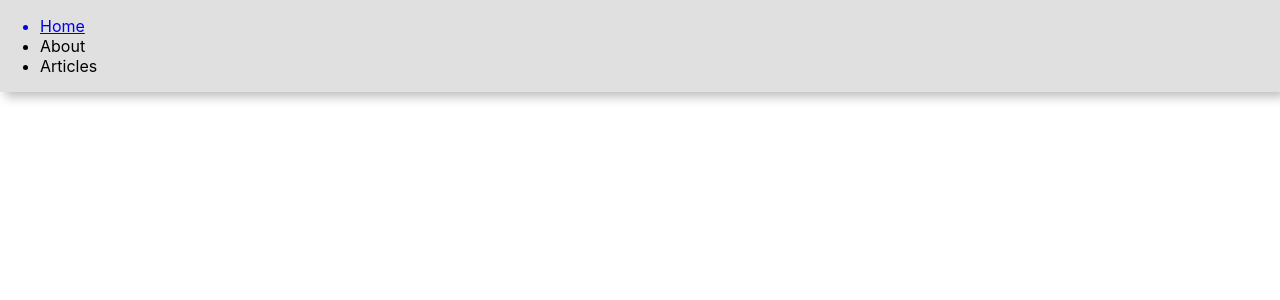
Repository: ShindanoSingi/react-software-architecture-course
Page: /
The author's editor kept a copy of each file at every save. The page is drawn from the files as they stood at one save, then again after the next save.
The browser window is 1280 px wide. The pictures show the whole page.
The project was rebuilt for these pictures with package versions that can differ from the ones it lists, and the page was loaded fresh each time. Also part of the build but not shown: src/pages/About.js, src/pages/Articles.js.

Above is the page before, as saved 2022-12-25 20:14:00.

### src/App.js
import './App.css';
import { Routes, Route, NavLink } from 'react-router-dom';
import Home from './pages/Home';
import About from './pages/About';
import Articles from './pages/Articles';


function App() {

  return (
    <>
      <nav className='nav-bar'>
      <ul>
        <NavLink to='/' className={({isActive}) => isActive ? "is-active" : null}>
          <li>Home</li>
        </NavLink>

        <li>About</li>
        <li>Articles</li>
      </ul>
    </nav>
      <Routes>
        <Route path='/' element={<Home />}/>
        <Route path='about' element={<About />}/>
        <Route path='articles' element={<Articles />}/>
      </Routes>
    </>
  );
}

export default App;

### src/App.css
h1 {
    text-align: center;
    margin: 0rem;
    padding: 0.5em;
}

.nav-bar {
    position: fixed;
    width: 100%;
    top: 0;
    border-radius: 0px;
    background: #e0e0e0;
    box-shadow: 5px 5px 10px #bebebe,
        -5px -5px 10px #ffffff;
}

.is-active {
    background: rgb(63, 152, 251);
    background: radial-gradient(circle, rgba(63, 152, 251, 1) 6%, rgba(252, 180, 70, 1) 100%);
}

.container {
    max-width: 80em;
    background-color: beige;
    margin: 0 auto;
    height: 100vh;
}

Loaded but not shown: public/index.html (common file); src/index.js (common file); src/index.css (common file); src/reportWebVitals.js (common file); src/pages/Home.js (common file)

After the next save:
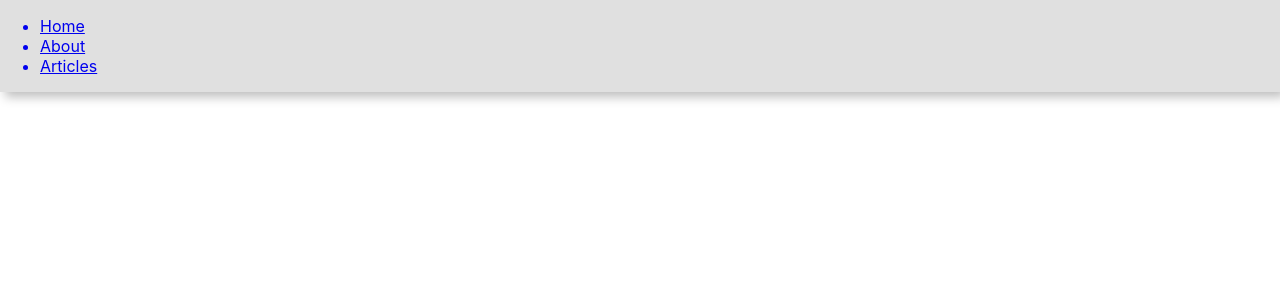
Saved 75 s later.
--- a/src/App.js
+++ b/src/App.js
@@ -15,8 +15,13 @@ function App() {
           <li>Home</li>
         </NavLink>
 
-        <li>About</li>
-        <li>Articles</li>
+        <NavLink to='/about' className={({isActive}) => isActive ? "is-active" : null}>
+          <li>About</li>
+        </NavLink>
+
+        <NavLink to='/articles' className={({isActive}) => isActive ? "is-active" : null}>
+          <li>Articles</li>
+        </NavLink>
       </ul>
     </nav>
       <Routes>
